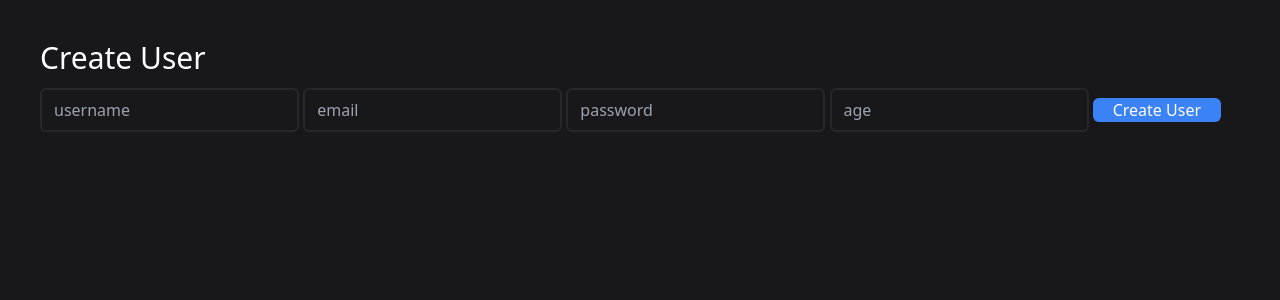
Repository: sulabh5911/login-Page
Page: http://localhost/
The author's editor kept a copy of each file at every save. The page is drawn from the files as they stood at one save, then again after the next save.
The browser window is 1280 px wide. The pictures show the whole page.
Some web libraries are served in a nearby version. The page is served by the project's Node server (app.js). Other server files are loaded and not shown.

Above is the page before, as saved 2024-08-28 15:22:47.

### views/index.ejs
<!DOCTYPE html>
<html lang="en">
<head>
    <meta charset="UTF-8">
    <meta name="viewport" content="width=device-width, initial-scale=1.0">
    <title>Document</title>
    <script src="https://cdn.tailwindcss.com"></script>
</head>
<body>
    <div class="w-full h-screen bg-zinc-900 text-white p-10">
        <h3 class="text-3xl mb-3">Create User</h3>
        <form method="post" action="">
            <input class="px-3 py-2 rounded-md bg-transparent border-2 border-zinc-800" type="text" placeholder="username" name="username">
            <input class="px-3 py-2 rounded-md bg-transparent border-2 border-zinc-800" type="email" placeholder="email" name="email">
            <input class="px-3 py-2 rounded-md bg-transparent border-2 border-zinc-800" type="password" placeholder="password" name="password">
            <input class="px-3 py-2 rounded-md bg-transparent border-2 border-zinc-800" type="number" placeholder="age" name="age">
            <input class="px-5 rounded-md bg-blue-500" type="submit" value="Create User">
        </form>
    </div>
</body>
</html>

### app.js
const express=require('express');
const app=express();
const userModel=require("./models/user");
const cookieParser=require('cookie-parser');
const path=require('path');
app.set("view engine","ejs");
app.use(express.json());
app.use(express.urlencoded({extended:true}));
app.use(express.static(path.join(__dirname,'public')));
app.use(cookieParser());

app.get('/',function(req,res){
    res.render('index');
})

app.listen(3000);

After the next save:
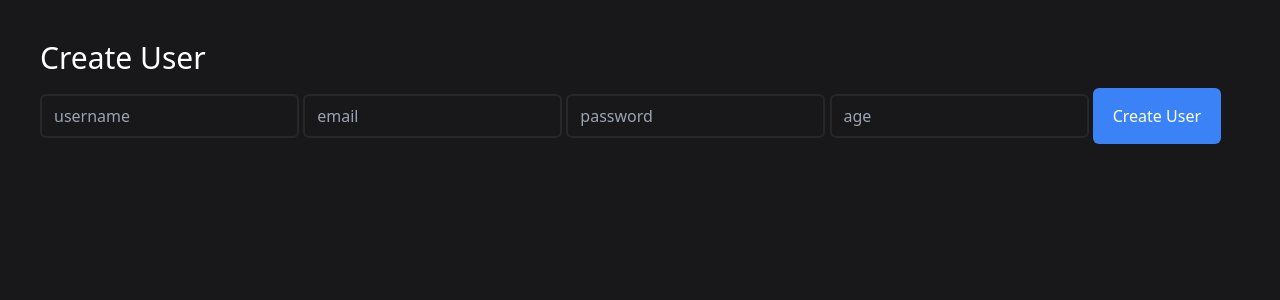
Saved 13 s later.
--- a/views/index.ejs
+++ b/views/index.ejs
@@ -14,7 +14,7 @@
             <input class="px-3 py-2 rounded-md bg-transparent border-2 border-zinc-800" type="email" placeholder="email" name="email">
             <input class="px-3 py-2 rounded-md bg-transparent border-2 border-zinc-800" type="password" placeholder="password" name="password">
             <input class="px-3 py-2 rounded-md bg-transparent border-2 border-zinc-800" type="number" placeholder="age" name="age">
-            <input class="px-5 rounded-md bg-blue-500" type="submit" value="Create User">
+            <input class="px-5 py-4 rounded-md bg-blue-500" type="submit" value="Create User">
         </form>
     </div>
 </body>
